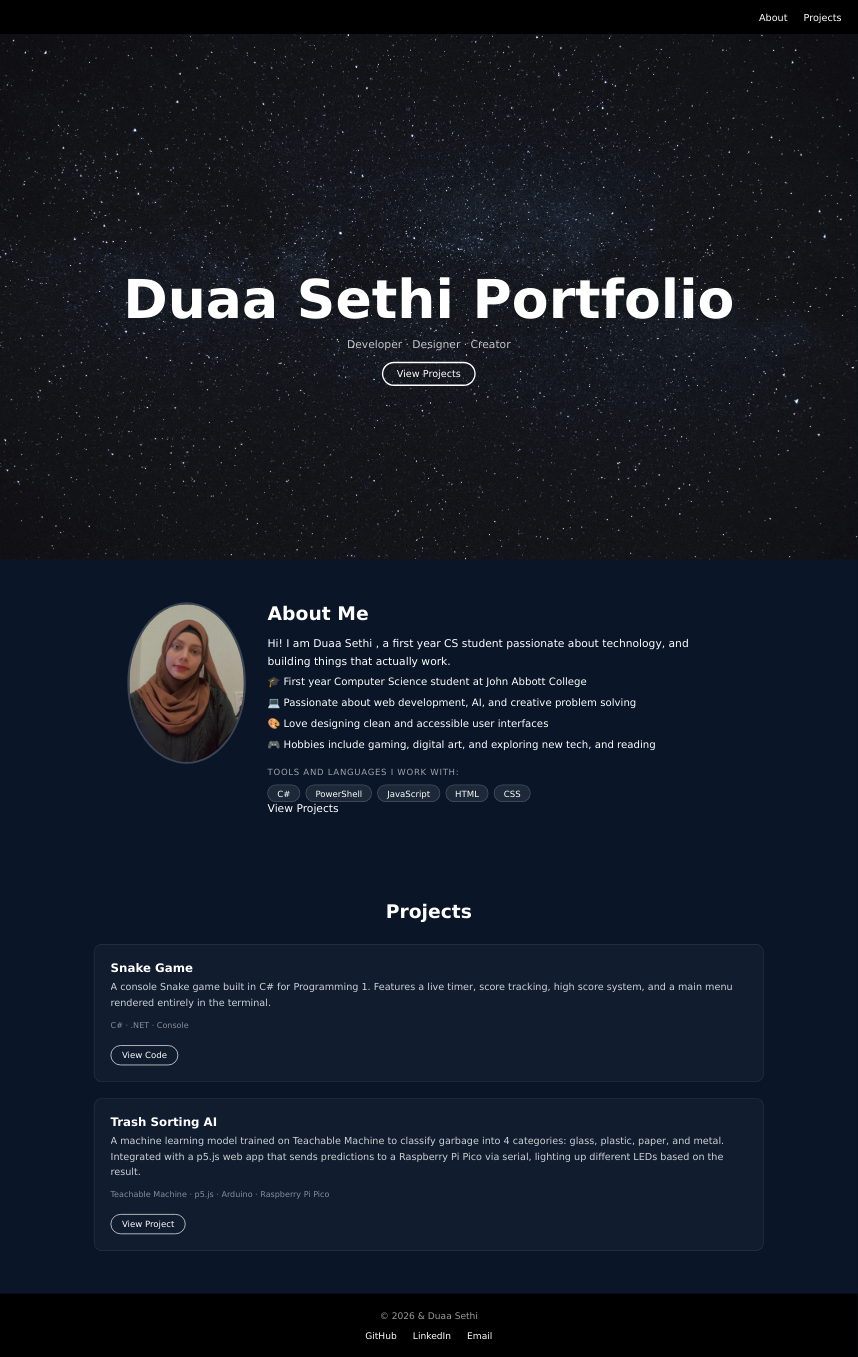
Repository: Duaa-Sethi/Duaa-Sethi
Page: index.html
An editor plug-in stored every save of this project. The page is shown before and after the next save, followed by the edit.
The browser window is 1280 px wide. The pictures show the whole page, at 67% of full size.
Some web fonts or font styles are not loaded; a fallback is used.

Above is the page before, as saved 2026-05-04 17:50:07.

After the next save:
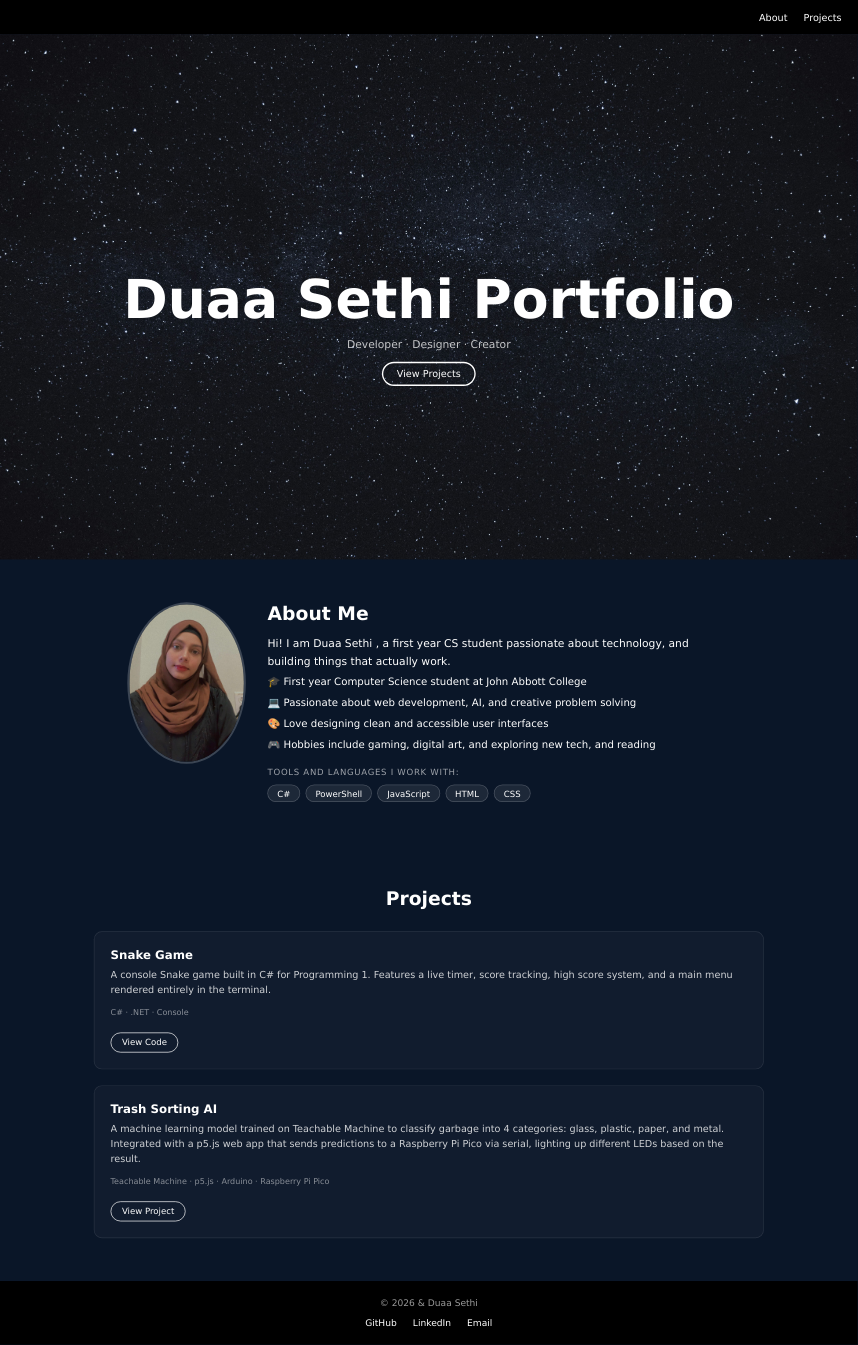
Saved 12 s later.
--- a/index.html
+++ b/index.html
@@ -56,7 +56,6 @@
           <li>HTML</li>
           <li>CSS</li>
         </ul>
-        <a href="#projects" class="projects-btn">View Projects</a>
       </div>
     </section>
 
